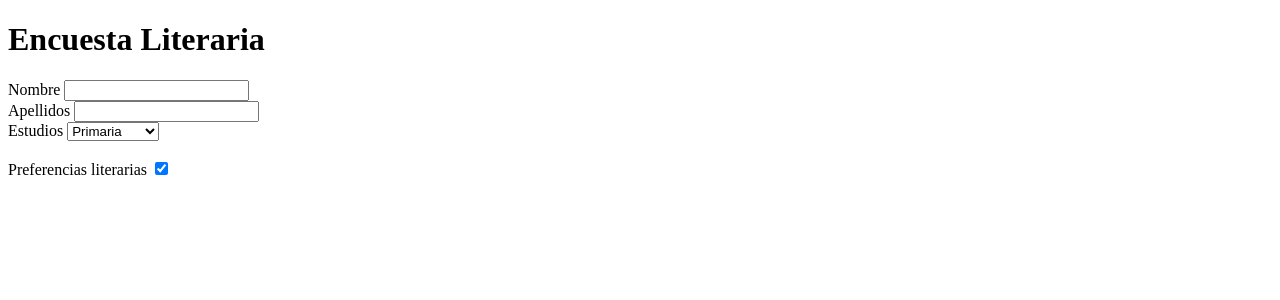
Repository: cgg25/javaee
Page: Enucesta/WebContent/index.html
These files come from the project's save history. The page is drawn as it stood at one moment and after the next save; the edit follows.
The browser window is 1280 px wide. The pictures show the whole page.

Above is the page before, as saved 2017-02-16 17:49:28.

### Enucesta/WebContent/index.html
<!DOCTYPE html>
<html>
<head>
<meta charset="UTF-8">
<title>Encuesta</title>
</head>
<body>
	<h1>Encuesta Literaria</h1>
	<form action="/Encuesta/mostrar">
		<label>Nombre</label>
		<input type="text" name="nombre"><br>
		<label>Apellidos</label>
		<input type="text" name="apellidos"><br>
		<label>Estudios</label>
		<select name="estudios">
			<option>Primaria</option>
			<option>Secundaria</option>
			<option>Bachillerato</option>
		</select>
		<br><br>
		<label>Preferencias literarias</label>
		<input type="checkbox" name="preferencias" value="Novela" checked>



	</form>
</body>
</html>

After the next save:
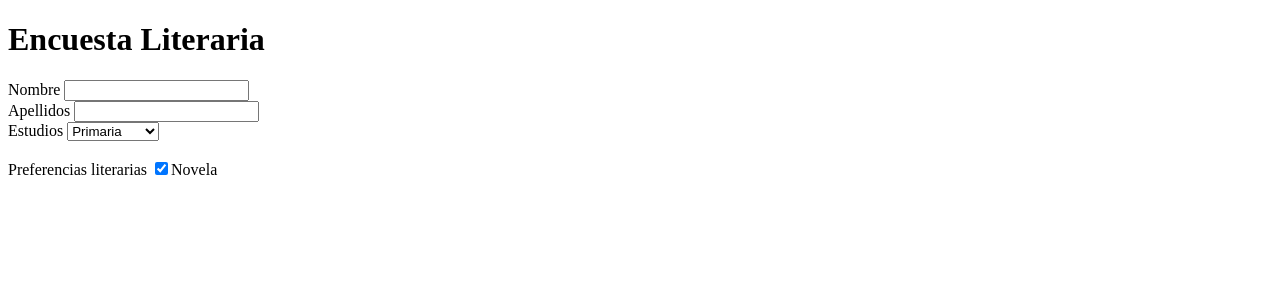
Saved 13 s later.
--- a/Enucesta/WebContent/index.html
+++ b/Enucesta/WebContent/index.html
@@ -19,7 +19,7 @@
 		</select>
 		<br><br>
 		<label>Preferencias literarias</label>
-		<input type="checkbox" name="preferencias" value="Novela" checked>
+		<input type="checkbox" name="preferencias" value="Novela" checked>Novela<br>
 
 
 
